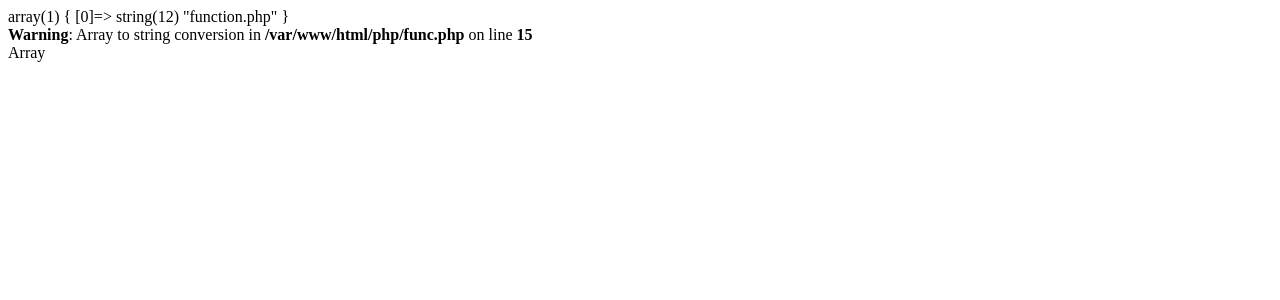
Repository: kazyakuma/Samurai_JS
Page: http://localhost/php/func.php
The author's editor kept a record of every edit. The page is drawn from the files as they stood at one moment, then again after the next edit.
The browser window is 1280 px wide. The pictures show the whole page.
The page is run by PHP 8.4 with error messages shown; the project is at /var/www/html/.

Above is the page before.

### php/func.php
<?php

$file_list = [];

function addlist($fileName){
    global $file_list;
    $add = $fileName. ".php";
    array_push($file_list, $add);
}

addlist("function");
var_dump($file_list);

addlist("hello");
print($file_list);

?>

After the next edit:
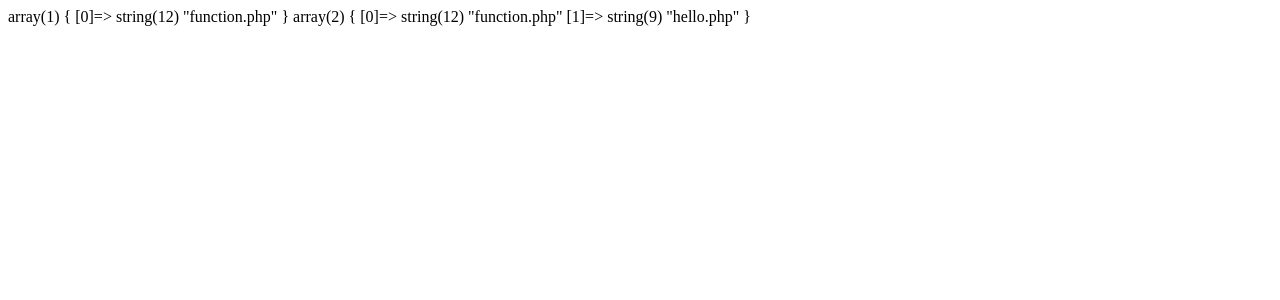
The edit:
--- a/php/func.php
+++ b/php/func.php
@@ -12,6 +12,6 @@
 var_dump($file_list);
 
 addlist("hello");
-print($file_list);
+var_dump($file_list);
 
 ?>
